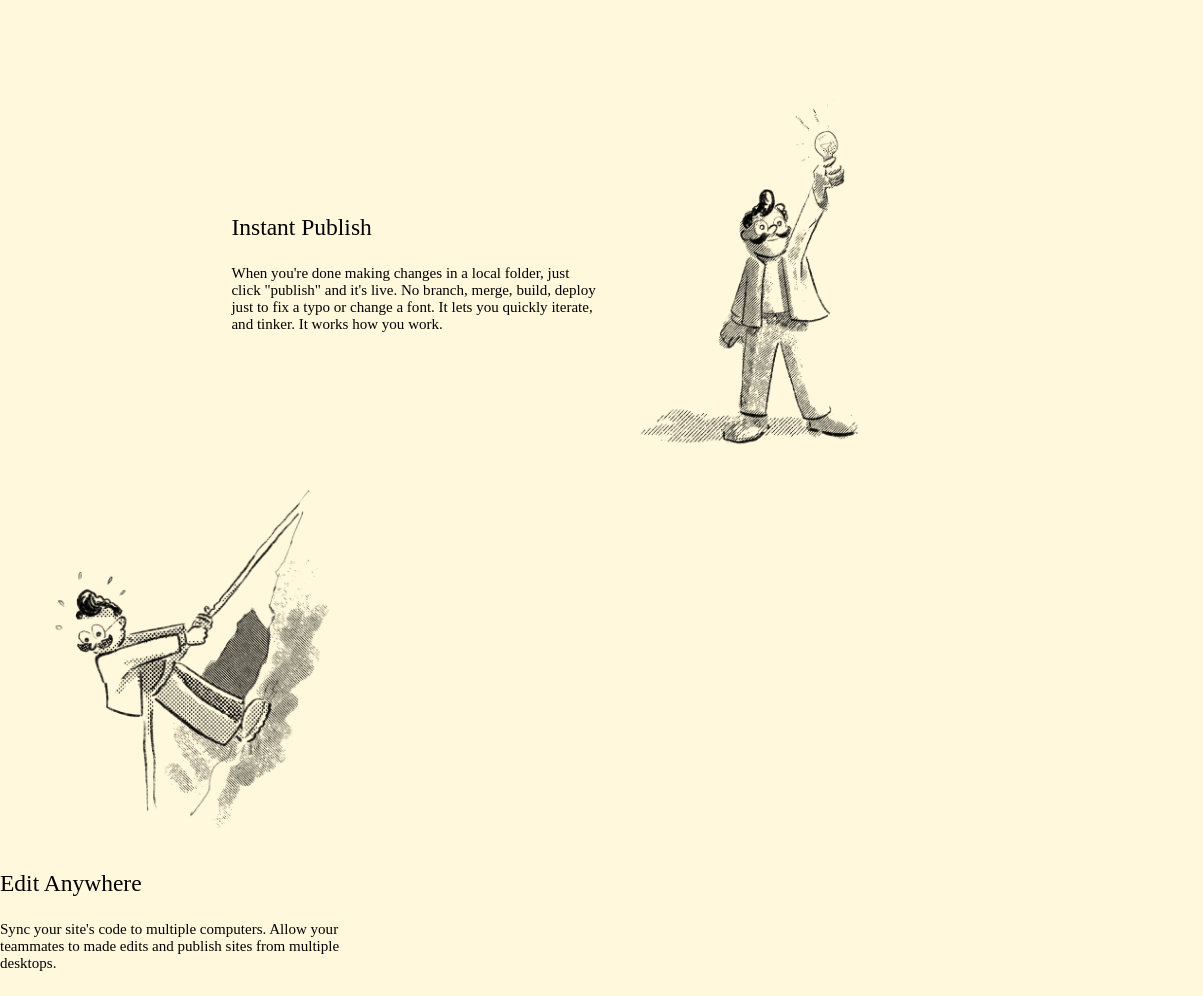
Repository: Pbemits/TEAMWORK-PROJECT-ONE
Page: index.html
These files come from the project's save history. The page is drawn as it stood at one moment and after the next save; the edit follows.
The browser window is 1280 px wide. The pictures show the whole page, at 94% of full size.
Some web fonts or font styles are not loaded; a fallback is used.

Above is the page before, as saved 2023-09-01 23:15:52.

### index.html
<!DOCTYPE html>
<html lang="en">
<head>
    <meta charset="UTF-8">
    <meta name="viewport" content="width=device-width, initial-scale=1.0">
    <link rel="stylesheet" href="./assets/css/base.css">
    <link rel="stylesheet" href="./assets/css/main.css">
    <!-- ~: FONT: 'Noto Sans JP', sans-serif -->
    <link rel="preconnect" href="https://fonts.googleapis.com">
    <link rel="preconnect" href="https://fonts.gstatic.com" crossorigin>
    <link href="https://fonts.googleapis.com/css2?family=Noto+Sans+JP:wght@100;200;300;400;500;600&display=swap" rel="stylesheet">
    <!-- ~: FONT: 'PT Serif Caption', serif -->
    <link rel="preconnect" href="https://fonts.googleapis.com">
    <link rel="preconnect" href="https://fonts.gstatic.com" crossorigin>
    <link href="https://fonts.googleapis.com/css2?family=PT+Serif+Caption:ital@0;1&display=swap" rel="stylesheet">
    <title>TEAMWORK PROJECT ONE</title>
</head>
<body>
    <!-- TODO: HEADER MAIN -->
    <div id="header-main">

    </div>
    <!-- TODO: CONTENT MAIN -->
    <div id="content-main">
        <!-- CODE BY XUAN DAI -->
        <!-- CONTENT-SECTION-TWO -->
        <div class="content-section-two">

            <!-- WRAPPER ONE -->
            <div class="content-wrapper-element-one">
                <div class="wrapper-element-one">
                    <div class="wrapper-element-texts">
                        <div class="element-text-h3">
                            <h3>Instant Publish</h3>
                        </div>
                        <div class="element-texts-paragraph">
                            <p>When you're done making changes in a local folder, just<br> click "publish" and it's live. No branch, merge, build, deploy<br> just to fix a typo or change a font. It lets you quickly iterate,<br> and tinker. It works how you work.</p>
                        </div>
                    </div>
                </div>

                <div class="wrapper-element-two">
                    <div class="wrapper-element-image">
                        <div class="element-img">
                            <img src="./assets/image/ligter.png" alt="ÁNH SÁNG CỦA ĐẢNG VN">
                        </div>
                    </div>
                </div>
            </div>
            <!-- END WRAPPER ONE -->

            <!-- WRAPPER TWO -->
            <div class="content-wrapper-element-two">
                <div class="wrapper-element-one">
                    <div class="wrapper-element-image">
                        <div class="element-img">
                            <img src="./assets/image/edit-anywhere.png" alt="EDIT ANYWHERE">
                        </div>
                    </div>
                </div>

                <div class="wrapper-element-two">
                    <div class="wrapper-element-texts">
                        <div class="element-text-h3">
                            <h3>Edit Anywhere</h3>
                        </div>
                        <div class="element-texts-paragraph">
                            <p>Sync your site's code to multiple computers. Allow your<br> teammates to made edits and publish sites from multiple<br> desktops.</p>
                        </div>
                    </div>
                </div>
            </div>
            <!--END WRAPPER TWO -->

            <!-- WRAPPER THREE -->
            <div class="content-wrapper-element-three">
                <div class="wrapper-element-one">
                    <div class="wrapper-element-texts">
                        <div class="element-text-h3"></div>
                        <div class="element-texts-paragraph"></div>
                    </div>
                </div>

                <div class="wrapper-element-two">
                    <div class="wrapper-element-image">
                        <div class="element-img"></div>
                    </div>
                </div>
            </div>
            <!-- END WRAPPER THREE -->

        </div>
        <!-- END CONTENT-SECTION-TWO -->
        <!-- END CODE BY XUAN DAI -->
    </div>
    <!-- TODO: FOOTER MAIN -->
    <div id="footer-main">

    </div>
</body>
</html>

### assets/css/base.css
* {
    margin: 0;
    padding: 0;
    box-sizing: border-box;
}
body {
    background-color: #fff8dc;
    font-family: 'Noto Sans JP', sans-serif;
    font-family: 'PT Serif Caption', serif;
}

:root {
    --color-texts: #161616;
}

### assets/css/main.css
/* WRAPPER ONE */
.content-wrapper-element-one {
    display: flex;
    align-items: center;
    justify-content: center;
    margin-top: 100px;
}

.content-wrapper-element-one .wrapper-element-texts .element-text-h3 h3 {
    font-size: 25px;
    font-weight: 400;
}

.content-wrapper-element-one .wrapper-element-texts .element-texts-paragraph {
    margin: 26px 0;
}

.content-wrapper-element-one .element-img {
    width: 100%;
}

.content-wrapper-element-one .element-img img {
    width: 400px;
}
/* END WRAPPER ONE */



/* WRAPPER TWO */

.content-wrapper-element-two .element-img {
    width: 100%;
}

.content-wrapper-element-two .element-img img {
    width: 400px;
}

.content-wrapper-element-two .wrapper-element-texts .element-text-h3 h3 {
    font-size: 25px;
    font-weight: 400;
}

.content-wrapper-element-two .wrapper-element-texts .element-texts-paragraph {
    margin: 26px 0;
}


/* END WRAPPER TWO */

After the next save:
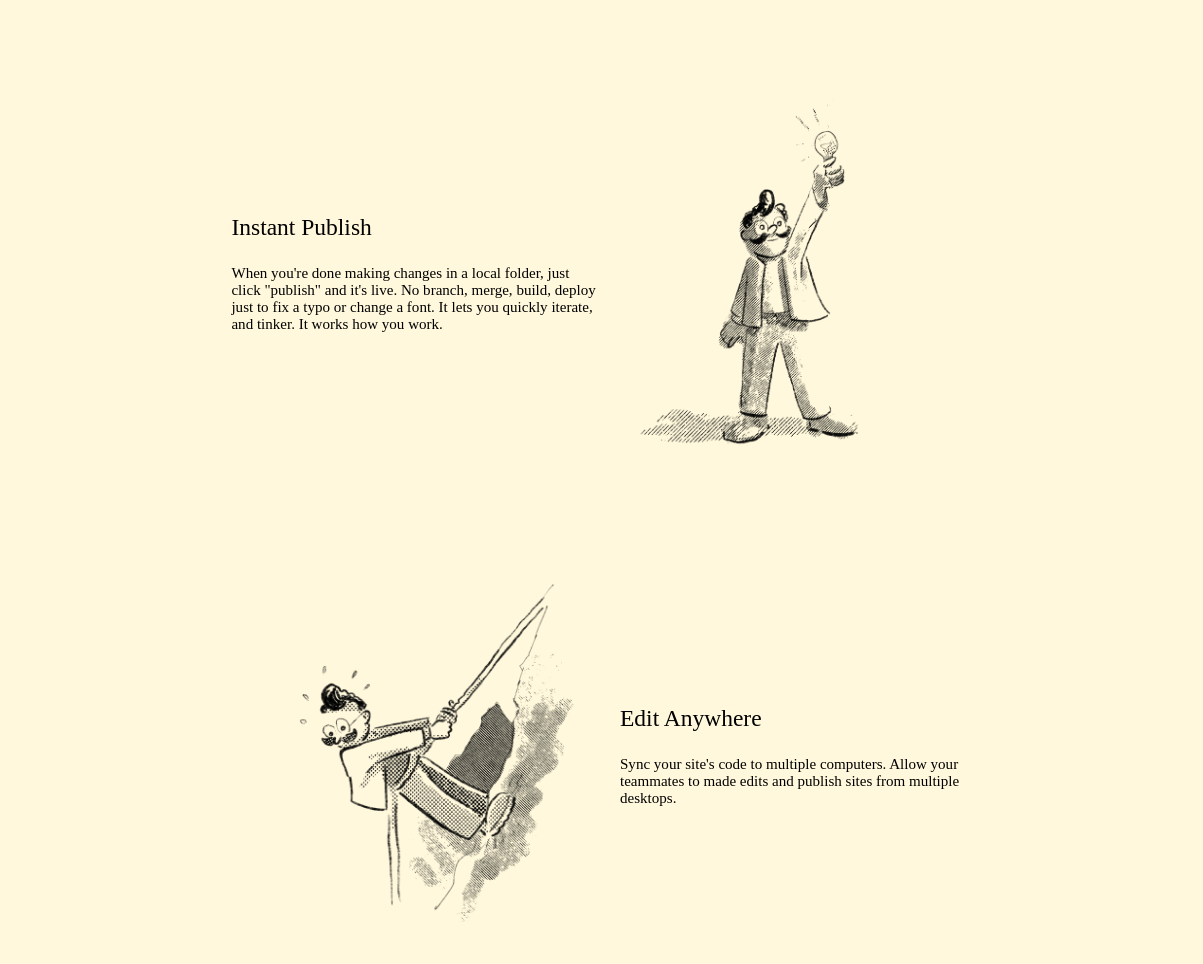
Saved 22 s later.
--- a/assets/css/main.css
+++ b/assets/css/main.css
@@ -28,6 +28,13 @@
 
 /* WRAPPER TWO */
 
+.content-wrapper-element-two {
+    display: flex;
+    align-items: center;
+    justify-content: center;
+    margin-top: 100px;
+}
+
 .content-wrapper-element-two .element-img {
     width: 100%;
 }
